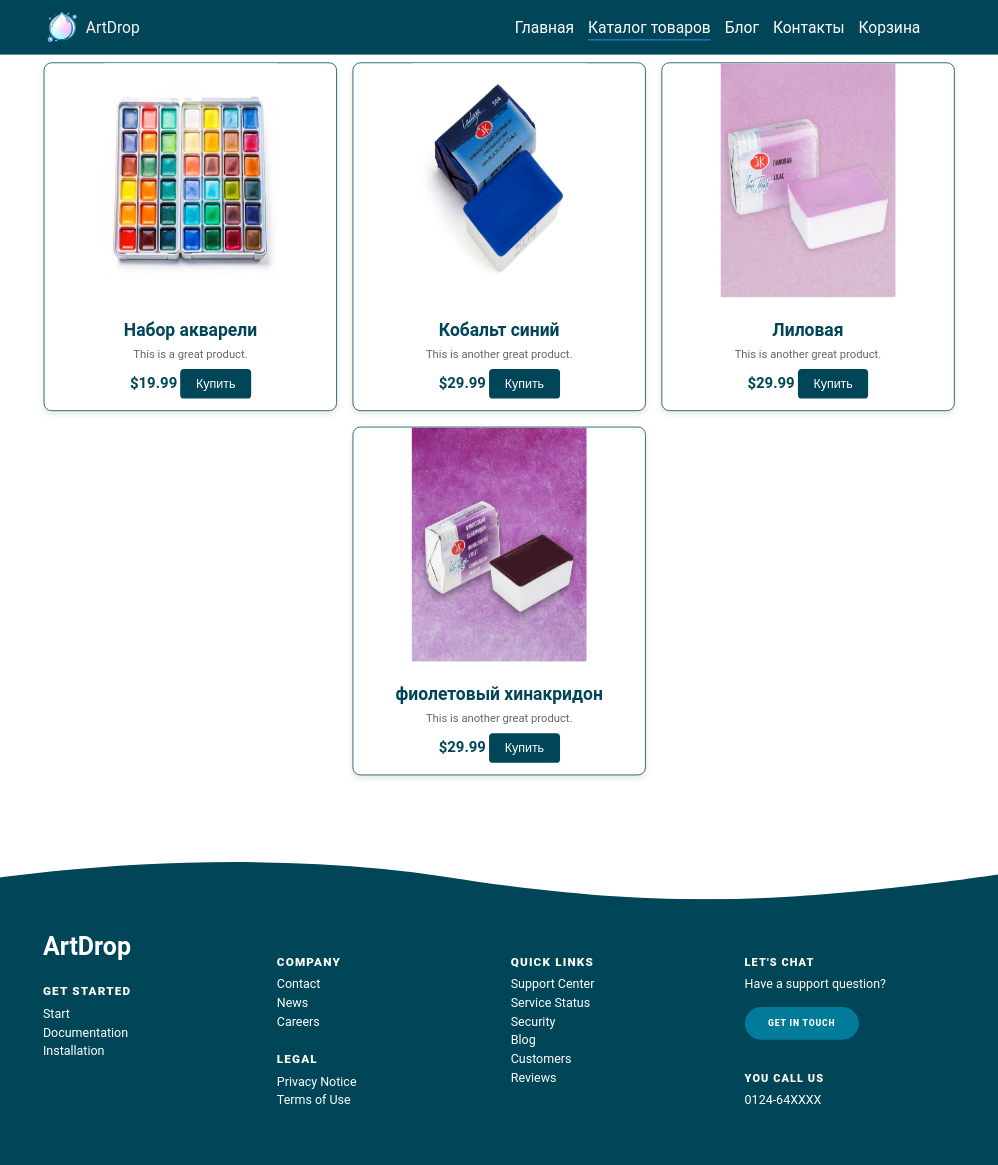
Repository: mnats725/art-drop
Page: catalog.html
An editor plug-in stored every save of this project. The page is shown before and after the next save, followed by the edit.
The browser window is 1280 px wide. The pictures show the whole page, at 78% of full size.

Above is the page before, as saved 2024-05-21 13:26:39.
Console error: TypeError: Cannot read properties of null (reading 'querySelectorAll')

After the next save:
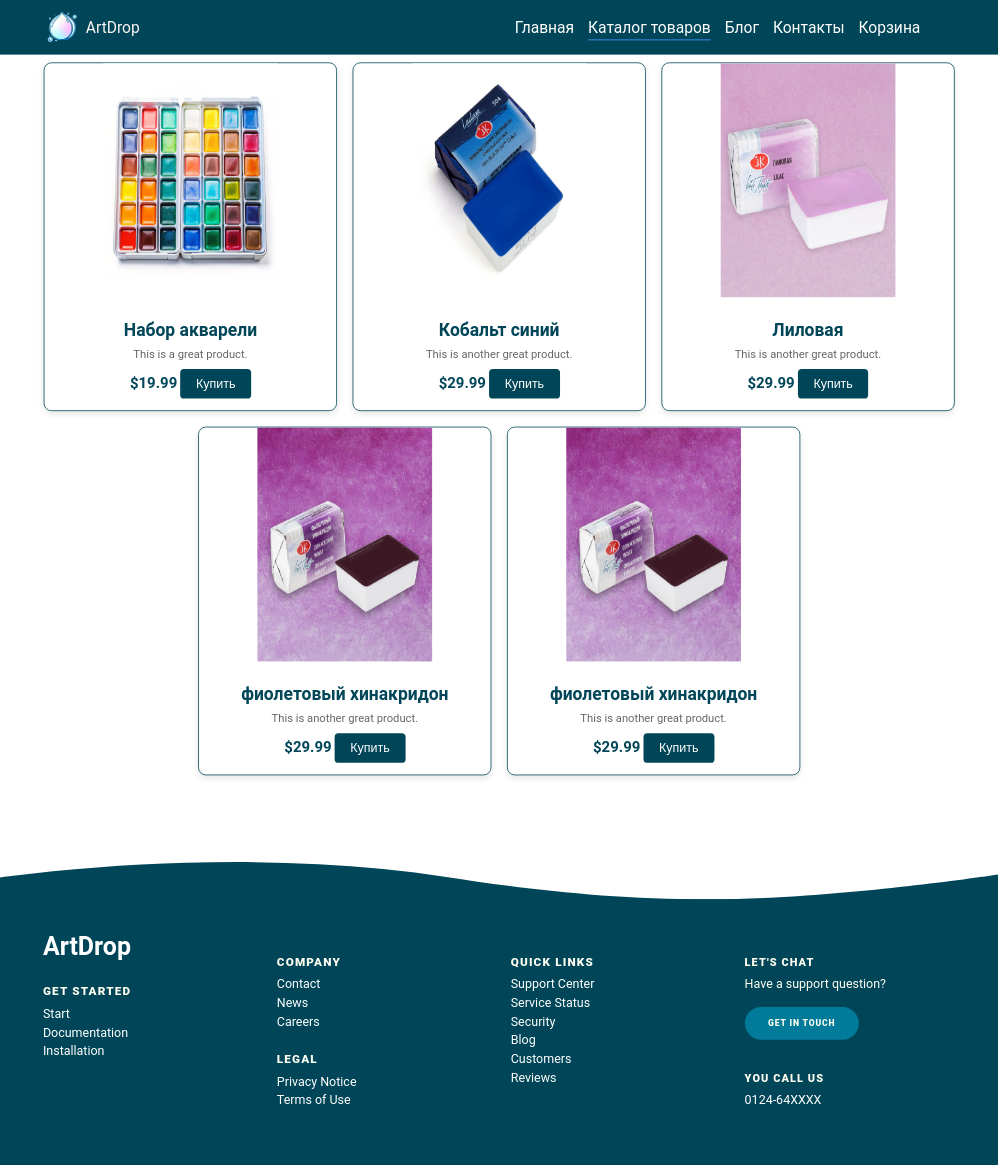
Saved 35 s later.
--- a/catalog.html
+++ b/catalog.html
@@ -75,6 +75,15 @@
           <button class="buy-button">Купить</button>
       </div>
   </div>
+  <div class="product-card">
+    <img src="./assets/img/catalog/4.jpg" alt="фиолетовый хинакридон<" class="product-image">
+    <div class="product-info">
+        <h3 class="product-title">фиолетовый хинакридон</h3>
+        <p class="product-description">This is another great product.</p>
+        <span class="product-price">$29.99</span>
+        <button class="buy-button">Купить</button>
+    </div>
+</div>
       <!-- Добавьте больше карточек по мере необходимости -->
   </div>
 
